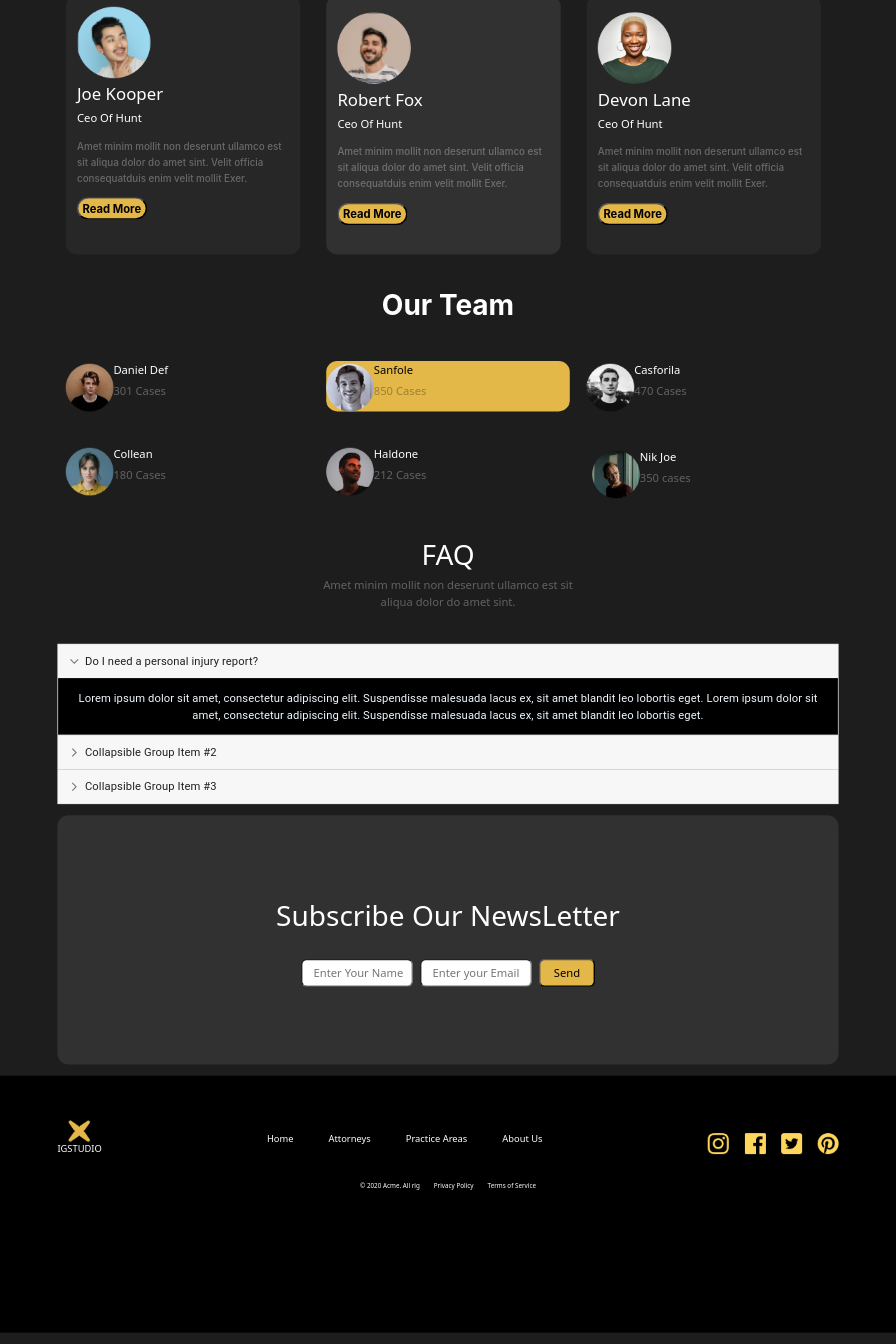
Repository: Senthil-Bala/LawFirm
Page: /
The author's editor kept a copy of each file at every save. The page is drawn from the files as they stood at one save, then again after a run of saves.
The browser window is 1280 px wide. The pictures show the part of the page from y = 2314 to 4234 px (the page is 4234 px tall), at 70% of full size.
The project was rebuilt for these pictures with package versions that can differ from the ones it lists, and the page was loaded fresh each time. Also part of the build but not shown: src/App.css.

Above is the page before, as saved 2023-11-29 19:44:36.

After the next 2 saves:
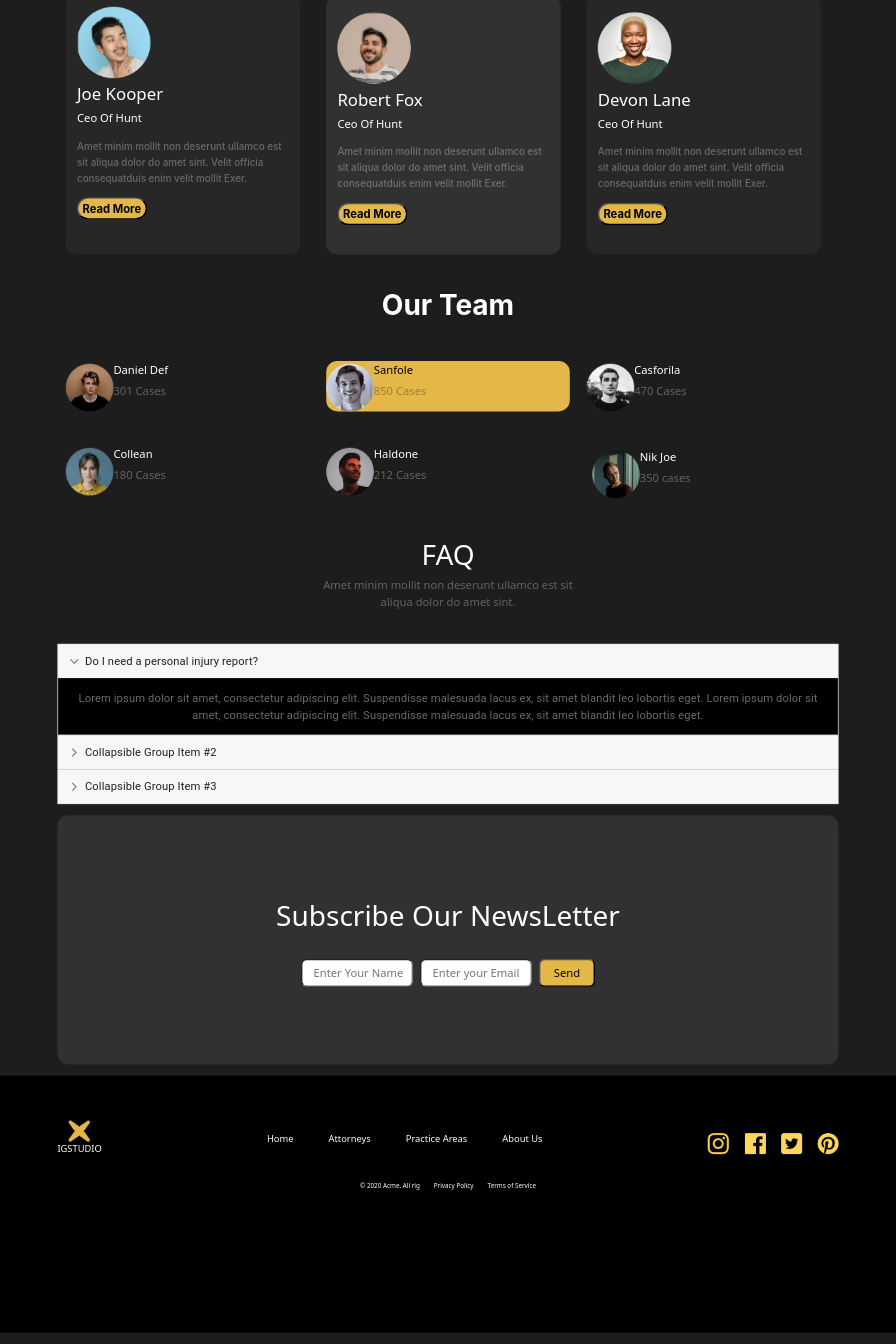
The 2 saves are shown as one change because they came seconds apart.
The last was saved 20 s later.
--- a/src/Components/Frequents/Accordionss.css
+++ b/src/Components/Frequents/Accordionss.css
@@ -1,4 +1,4 @@
 .details{
     background-color: black;
-    color: aliceblue;
+    color: dimgrey;
 }
